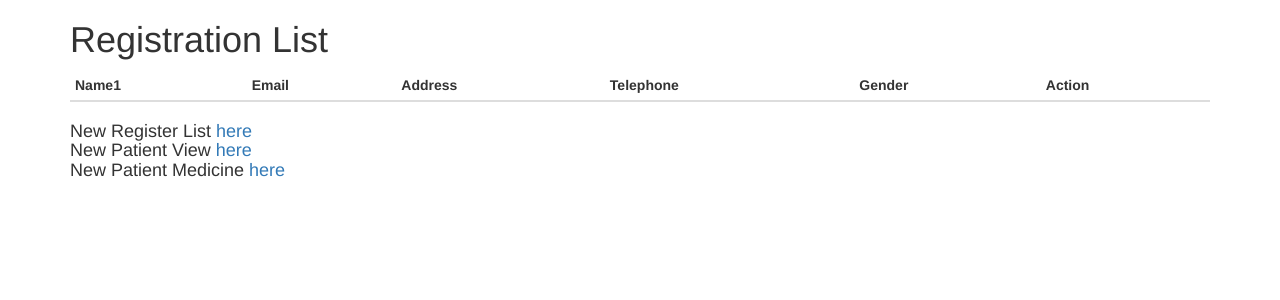
Repository: SACHINnANYAKKARA/2nd_Year_final_Project
Page: http://localhost/SpringMVCHibernateCRUD/WEB-INF/pages/home.jsp
An editor plug-in stored every save of this project. The page is shown before and after the next save, followed by the edit.
The browser window is 1280 px wide. The pictures show the whole page.
The page is served by Tomcat 9. Nobody is signed in. The template is opened directly, without the code that normally fills it, so the values that code supplies are empty.

Above is the page before, as saved 2018-03-29 11:34:02.

After the next save:
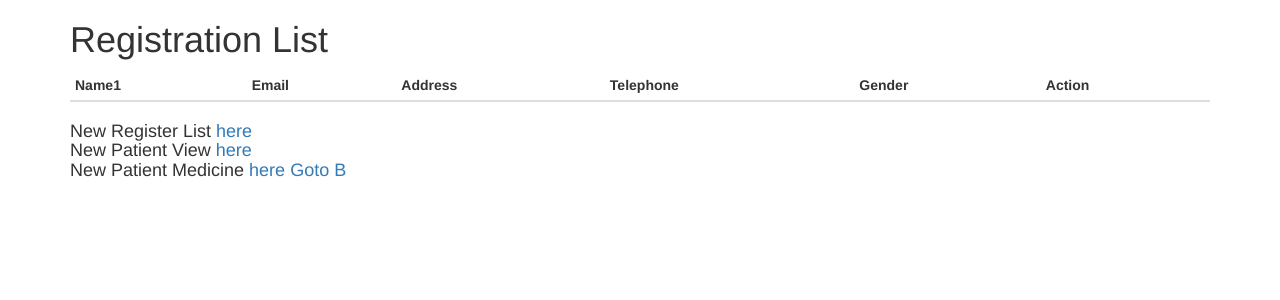
Saved 76 s later.
--- a/SpringMVCHibernateCRUD/src/main/webapp/WEB-INF/pages/home.jsp
+++ b/SpringMVCHibernateCRUD/src/main/webapp/WEB-INF/pages/home.jsp
@@ -6,7 +6,7 @@
 <html>
 <head>
 <meta http-equiv="Content-Type" content="text/html; charset=UTF-8">
-
+<meta charset="utf-8">
   <meta name="viewport" content="width=device-width, initial-scale=1">
   <link rel="stylesheet" href="https://maxcdn.bootstrapcdn.com/bootstrap/3.3.7/css/bootstrap.min.css">
   <script src="https://ajax.googleapis.com/ajax/libs/jquery/3.3.1/jquery.min.js"></script>
@@ -48,14 +48,11 @@
 		</table>
 		<h4>
 			New Register List <a href="newStock">here</a>
-			<br>
+			</br>
 			New Patient View <a href="PatientsView">here</a>
-		    <br>
+		    </br>
 		    New Patient Medicine <a href="PatientsMedicines">here</a>
-		    <br>
-
-
-
+		    <a href="Patient.jsp">Goto B</a>
 
 
 		</h4>
